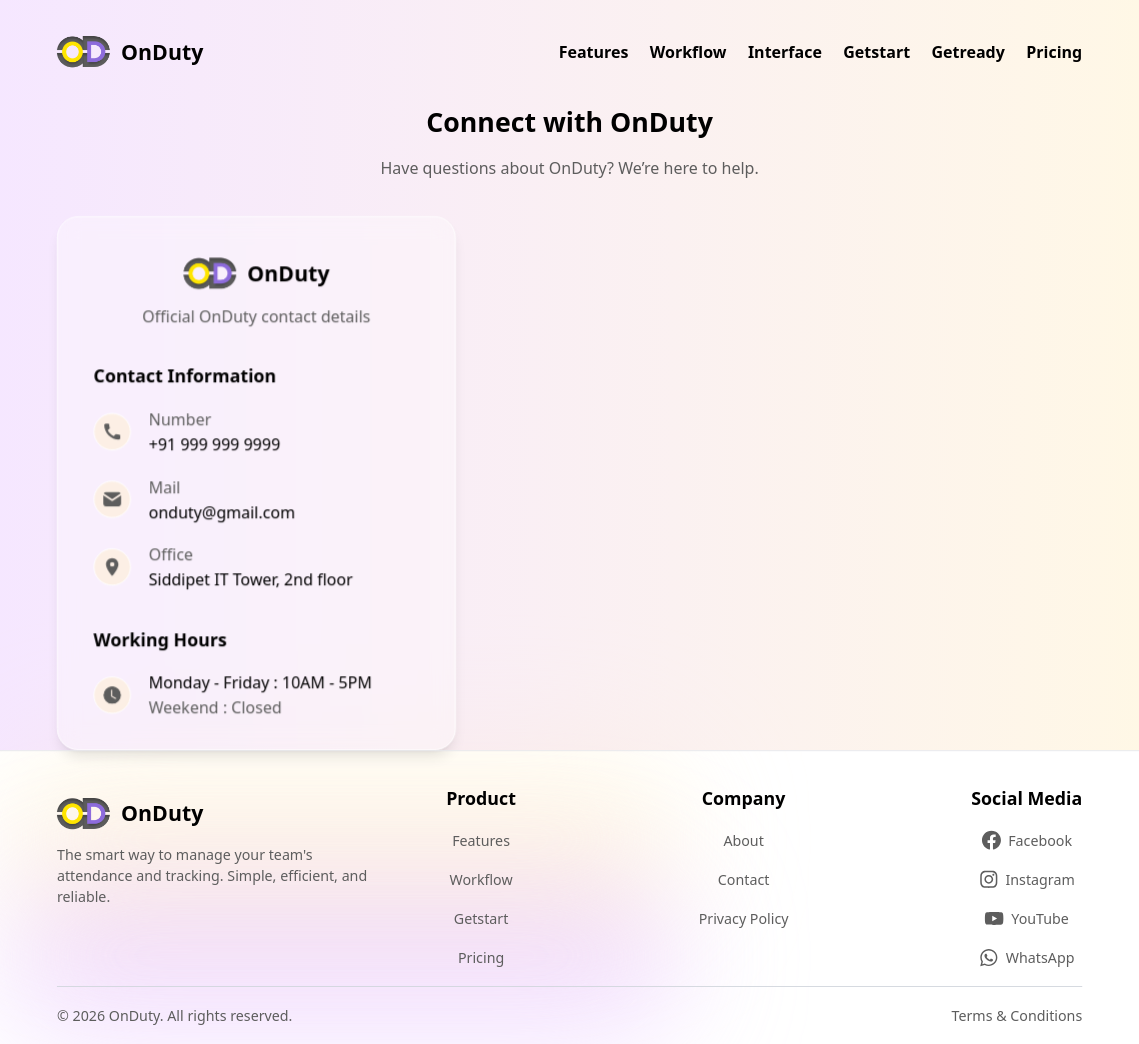
Repository: shekharzorin/ONDUTY-V1
Page: /contact
An editor plug-in stored every save of this project. The page is shown before and after the next save, followed by the edit.
The browser window is 1280 px wide. The pictures show the whole page, at 89% of full size.
The project was rebuilt for these pictures with package versions that can differ from the ones it lists, and the page was loaded fresh each time. The framework's server and built-in components were replaced by stand-ins that run in the browser. Also part of the build but not shown: next.config.mjs, vite.config.js, app/components/ui/Crossicon.tsx.

Above is the page before, as saved 2026-01-17 16:40:20.

### app/layout.tsx
import type { Metadata } from "next";
import { Geist, Geist_Mono } from "next/font/google";
import "./globals.css";
import Navbar from "./components/header/Navbar";

const geistSans = Geist({
  variable: "--font-geist-sans",
  subsets: ["latin"],
});

const geistMono = Geist_Mono({
  variable: "--font-geist-mono",
  subsets: ["latin"],
});

export const metadata: Metadata = {
  title: "Create Next App",
  description: "Generated by create next app",
};

export default function RootLayout({
  children,
}: Readonly<{
  children: React.ReactNode;
}>) {
  return (
    <html lang="en">
      <body
        className={`${geistSans.variable} ${geistMono.variable} antialiased`}
      >
        <Navbar />
        {children}
      </body>
    </html>
  );
}

### app/contact/page.tsx
import Footer from "../components/footer/footer";
import ContactModal from "../components/sections/contact";

const page = () => {
  return (
    <div className="flex flex-col">
      <ContactModal />
      <Footer />
    </div>
  );
};

export default page;

### app/globals.css
@import "tailwindcss";

:root {
  --color-primary: #8d6bdc;
  --color-secondary: #e0d4ff;
  --color-bg: #efefef;
  --color-sidebar: #ffffff;
  --color-gray: #5d5d5d;
}

html {
  scroll-behavior: smooth;
}




.flip-card {
  perspective: 1000px;
}

.flip-card-inner {
  transform-style: preserve-3d;
}

.flip-card-front,
.flip-card-back {
  position: absolute;
  width:auto;
  height:auto;
  backface-visibility: hidden;
}

.flip-card-back {
  transform: rotateY(180deg);
}

### app/components/header/Navbar.tsx
"use client";

import Logo from "@/public/images/od_logo.png";
import Image from "next/image";
import Link from "next/link";
import { usePathname } from "next/navigation";
import { useEffect, useState } from "react";
import { MdMenu } from "react-icons/md";
import { motion, AnimatePresence } from "framer-motion";
import { useRouter } from "next/navigation";
import Crossicon from "../ui/Crossicon";

export const navLinks = [
  { name: "Features", id: "features" },
  { name: "Workflow", id: "workflow" },
  { name: "Interface", id: "interface" },
  { name: "Getstart", id: "getstart" },
  { name: "Getready", id: "getready" },
  { name: "Pricing", path: "/pricing/" },
];

const Navbar = () => {
  const pathname = usePathname();
  const [isScrolled, setIsScrolled] = useState(false);
  const [isNavOpen, setIsNavOpen] = useState(false);
  const router = useRouter();
  const [activeSection, setActiveSection] = useState<string | null>(null);

  const handleScrollNav = (id: string) => {
    setActiveSection(id);
    router.push(`/#${id}`);
  };

  useEffect(() => {
    if (pathname !== "/") {
      setActiveSection(null);
    }
  }, [pathname]);

  useEffect(() => {
    if (pathname !== "/") return;
    const hash = window.location.hash.replace("#", "");
    if (hash) {
      setActiveSection(hash);
    } else {
      setActiveSection("features");
    }
  }, [pathname]);

  useEffect(() => {
    const handleScroll = () => setIsScrolled(window.scrollY > 20);
    window.addEventListener("scroll", handleScroll);
    return () => window.removeEventListener("scroll", handleScroll);
  }, []);

  useEffect(() => {
    if (isNavOpen) {
      document.body.style.overflow = "hidden";
    } else {
      document.body.style.overflow = "";
    }
    return () => {
      document.body.style.overflow = "";
    };
  }, [isNavOpen]);

  useEffect(() => {
    if (pathname !== "/") return;

    const sections = [
      "features",
      "workflow",
      "interface",
      "getready",
      "getstart",
    ];
    let locked = true;

    const unlock = () => (locked = false);
    window.addEventListener("scroll", unlock, { once: true });

    const observer = new IntersectionObserver(
      (entries) => {
        if (locked) return;

        entries.forEach((entry) => {
          if (entry.isIntersecting) {
            const id = entry.target.id;

            // 1️⃣ Update active state
            setActiveSection(id);

            // 2️⃣ Update URL hash WITHOUT navigation
            router.replace(`/#${id}`, { scroll: false });
          }
        });
      },
      {
        rootMargin: "-45% 0px -45% 0px",
        threshold: 0,
      }
    );

    sections.forEach((id) => {
      const el = document.getElementById(id);
      if (el) observer.observe(el);
    });

    return () => observer.disconnect();
  }, [pathname, router]);

  return (
    <header
      className={`fixed top-0 left-0 right-0 z-50 border-b transition-all ${
        isScrolled
          ? "bg-transparent backdrop-blur-md border-white shadow-lg py-0"
          : "bg-transparent border-transparent py-5"
      }`}
    >
      <div className="mx-auto w-full px-4 sm:px-6 md:px-8 lg:px-12 xl:px-16 2xl:px-24 max-w-384 py-2 flex items-center justify-between">
        <div className="flex gap-2 lg:gap-3 items-center">
          <Image
            src={Logo}
            alt="Onduty Logo"
            height={60}
            width={60}
            className="flex h-10 w-10 md:h-12 md:w-12 lg:h-15 lg:w-15"
          />
          <h1 className="text-2xl lg:text-2xl font-bold">OnDuty</h1>
        </div>

        {/* Desktop Navbar */}
        <nav className="hidden lg:flex gap-6">
          {navLinks.map((item) => {
            // SCROLL ITEM
            if (item.id) {
              return (
                <button
                  key={item.id}
                  onClick={() => handleScrollNav(item.id)}
                  className={`relative lg:font-semibold xl:font-bold text-lg transition-colors duration-300
                    after:absolute after:left-0 after:-bottom-1 after:h-1
                    after:rounded-full after:bg-(--color-primary)
                    after:transition-all after:duration-300
                    ${
                      activeSection === item.id && pathname === "/"
                        ? "text-(--color-primary)"
                        : "after:w-0 hover:after:w-full"
                    }
                  `}
                >
                  {item.name}
                </button>
              );
            }

            // ROUTE ITEM
            const isActive = pathname === item.path;

            return (
              <Link
                key={item.path}
                href={item.path!}
                className={`relative lg:font-semibold xl:font-bold text-lg transition-colors duration-300
                  after:absolute after:left-0 after:-bottom-1 after:h-1
                  after:rounded-full after:bg-(--color-primary)
                  after:transition-all after:duration-300
                  ${
                    isActive
                      ? "text-(--color-primary)"
                      : "after:w-0 hover:after:w-full"
                  }
                `}
              >
                {item.name}
              </Link>
            );
          })}
        </nav>

        <div className="lg:hidden gap-3">
          <div
            onClick={() => setIsNavOpen(true)}
            className="flex p-1 lg:hidden bg-(--color-secondary) rounded-full border-white border justify-center items-center"
          >
            <MdMenu size={28} className="opacity-10 animate-pulse" />
          </div>

          <AnimatePresence>
            {isNavOpen && (
              <motion.div
                className="fixed inset-0 backdrop-blur-sm bg-black/30 flex justify-end h-screen"
                initial={{ opacity: 0 }}
                animate={{ opacity: 1 }}
                exit={{ opacity: 1 }}
                transition={{ duration: 0.6 }}
              >
                {/* Drawer */}
                <motion.div
                  className="relative w-[70%] md:w-[60%] bg-(--color-sidebar) h-full flex items-center"
                  initial={{ x: "100%" }}
                  animate={{ x: 0 }}
                  exit={{ x: "100%" }}
                  onClick={(e: any) => e.stopPropagation()}
                  transition={{
                    duration: 0.35,
                    ease: "easeInOut",
                  }}
                >
                  {/* Close button */}
                  <div className="flex absolute top-7.25 right-4 md:right-8 lg:hidden z-20 ">
                    <Crossicon onClick={() => setIsNavOpen(false)} />
                  </div>

                  {/* Mobile Navbar */}
                  <nav className="flex flex-col gap-10 p-10 mt-10 w-full">
                    {navLinks.map((item) => {
                      if (item.id) {
                        return (
                          <button
                            key={item.id}
                            onClick={() => {
                              handleScrollNav(item.id);
                              setIsNavOpen(false);
                            }}
                            className={`py-2 w-full relative text-lg font-semibold md:font-bold text-left transition-colors
                              ${
                                activeSection === item.id && pathname === "/"
                                  ? "text-(--color-primary)"
                                  : "text-black/80 hover:text-(--color-primary)"
                              }
                            `}
                          >
                            {item.name}
                          </button>
                        );
                      }

                      const isActive = pathname === item.path;

                      return (
                        <Link
                          key={item.path}
                          href={item.path!}
                          onClick={() => setIsNavOpen(false)}
                          className={`relative text-lg font-semibold md:font-bold py-2
                            ${isActive ? "text-(--color-primary)" : ""}
                          `}
                        >
                          {item.name}
                        </Link>
                      );
                    })}
                  </nav>
                </motion.div>
              </motion.div>
            )}
          </AnimatePresence>
        </div>
      </div>
    </header>
  );
};

export default Navbar;

### app/components/footer/footer.tsx
import Image from "next/image";
import Logo from "@/public/images/od_logo.png";
import Link from "next/link";
import { FaFacebook, FaInstagram, FaWhatsapp, FaYoutube } from "react-icons/fa";
import { ReactNode } from "react";

type FooterLink = {
  label: string;
  href: string;
  external?: boolean;
  icon?: ReactNode;
};

type FooterSection = {
  title: string;
  links: FooterLink[];
};

const footerLinks: FooterSection[] = [
  {
    title: "Product",
    links: [
      { label: "Features", href: "/#features" },
      { label: "Workflow", href: "/#workflow" },
      { label: "Getstart", href: "/#getstart" },
      { label: "Pricing", href: "/pricing/" },
    ],
  },
  {
    title: "Company",
    links: [
      { label: "About", href: "/about" },
      { label: "Contact", href: "/contact" },
      { label: "Privacy Policy", href: "/privacy&policy" },
    ],
  },
  {
    title: "Social Media",
    links: [
      {
        label: "Facebook",
        href: "https://www.facebook.com",
        external: true,
        icon: <FaFacebook size={22} />,
      },
      {
        label: "Instagram",
        href: "https://www.instagram.com",
        external: true,
        icon: <FaInstagram size={22} />,
      },
      {
        label: "YouTube",
        href: "https://www.youtube.com",
        external: true,
        icon: <FaYoutube size={22} />,
      },
      {
        label: "WhatsApp",
        href: "https://www.whatsapp.com",
        external: true,
        icon: <FaWhatsapp size={22} />,
      },
    ],
  },
];

const Footer = () => {
  return (
    <section
      id="footer"
      className="relative px-4 sm:px-6 md:px-8 lg:px-12 xl:px-16 2xl:px-24 max-w-384 w-full border-t border-gray-200"
    >
      {/* Background flare */}
      <div className="absolute top-0 left-1/2 -translate-x-1/2 w-full h-full max-w-7xl pointer-events-none -z-10">
        <div className="absolute bottom-0 w-[60%] h-[60%] bg-[#eccfff] rounded-full blur-3xl opacity-60 mix-blend-multiply filter" />
        <div className="absolute top-0 w-[60%] h-[60%] bg-[#fff4da] rounded-full blur-3xl opacity-60 mix-blend-multiply filter" />
      </div>

      <div className="flex flex-col pt-3 lg:pt-10 lg:flex-row lg:justify-between gap-5 lg:gap-20">
        <div className="flex flex-col gap-1 w-full lg:w-[50%]">
          <div className="flex gap-2 lg:gap-3 items-center">
            <Image
              src={Logo}
              alt="Onduty Logo"
              height={60}
              width={60}
              className="flex h-10 w-10 md:h-12 md:w-12 lg:h-15 lg:w-15"
            />
            <h1 className="text-2xl lg:text-2xl font-bold">OnDuty</h1>
          </div>
          <p className="text-(--color-gray)">
            The smart way to manage your team's attendance and tracking. Simple,
            efficient, and reliable.
          </p>
        </div>

        <div className="flex flex-wrap text-(--color-gray) justify-between w-full gap-5 lg:px-0 text-center">
          {footerLinks.map((section) => (
            <div key={section.title} className="flex flex-col gap-5">
              <p className="text-black text-lg lg:text-xl font-semibold">
                {section.title}
              </p>

              {section.links.map((link) => (
                <Link
                  key={link.label}
                  href={link.href}
                  target={link.external === true ? "_blank" : undefined}
                  rel={
                    link.external === true ? "noopener noreferrer" : undefined
                  }
                  className="hover:text-(--color-primary) transition"
                >
                  <p className="flex items-center gap-2 justify-center">
                    {link.icon}
                    {link.label}
                  </p>
                </Link>
              ))}
            </div>
          ))}
        </div>
      </div>

      <hr className="text-gray-300 mt-5" />
      <div className="text-(--color-gray) flex flex-col md:flex-row md:justify-between gap-5 my-5">
        <p>© 2026 OnDuty. All rights reserved.</p>
        <Link href="#">
          <p>Terms & Conditions</p>
        </Link>
      </div>
    </section>
  );
};

export default Footer;

### app/components/sections/contact.tsx
"use client";

import { motion } from "framer-motion";
import Image from "next/image";
import { useEffect, useState } from "react";
import { BsClockFill } from "react-icons/bs";
import { MdCall, MdLocationOn } from "react-icons/md";
import { TbMailFilled } from "react-icons/tb";
import Logo from "@/public/images/od_logo.png";

const Contact = () => {
  const [isFlipped, setIsFlipped] = useState(false);
  const [isAnimating, setIsAnimating] = useState(false);

  useEffect(() => {
    const timer = setTimeout(() => {
      setIsFlipped(true);
      setIsAnimating(true);
    }, 1500);

    return () => clearTimeout(timer);
  }, []);

  return (
    <section className="px-4 sm:px-6 md:px-8 lg:px-12 xl:px-16 2xl:px-24 max-w-384 mx-auto w-full items-center justify-center bg-linear-to-r from-[#eccfff]/50 to-[#fff0cd]/50 min-h-screen">
      <div className="flex flex-col mt-30 gap-10 ">
        <div className="flex flex-col items-center justify-centertext-center gap-5">
          <p className="text-2xl lg:text-3xl font-bold leading-[1.15] lg:text-balance justify-center items-center">
            Connect with OnDuty
          </p>
          <p className="md:text-lg text-(--color-gray)">
            Have questions about OnDuty? We’re here to help.
          </p>
        </div>

        <div className="flip-card relative w-full max-w-md h-140 md:h-150 rounded-3xl md:text-lg">
          <motion.div
            className="flip-card-inner relative w-full h-full"
            initial={{ rotateY: 0 }}
            animate={{ rotateY: isFlipped ? 180 : 360 }}
            transition={{ duration: 0.6, ease: "easeInOut" }}
            onAnimationComplete={() => setIsAnimating(false)}
          >
            {/* First card before flip */}
            <div className="flip-card-front absolute inset-0 backdrop-blur-md border border-white bg-white/30 shadow-lg rounded-3xl flex flex-col items-center justify-center">
              <div className="absolute flex h-7 w-[60%] left-0 top-[15%] bg-[#fff0cd]/50 rounded-r-full" />
              <div className="absolute flex h-7 w-[50%] left-0 top-[22%] bg-[#fff0cd]/35 rounded-r-full" />
              <div className="absolute flex h-7 w-[40%] left-0 top-[29%] bg-[#fff0cd]/25 rounded-r-full" />

              <div className="flex flex-col items-center justify-center text-center">
                <Image
                  src={Logo}
                  alt="Onduty Logo"
                  height={80}
                  width={80}
                  className="md:h-25 md:w-25"
                />
                <h1 className="text-3xl font-bold">OnDuty</h1>
              </div>

              <div className="absolute flex h-7 w-[40%] right-0 bottom-[29%] bg-[#eccfff]/25 rounded-l-full" />
              <div className="absolute flex h-7 w-[50%] right-0 bottom-[22%] bg-[#eccfff]/35 rounded-l-full" />
              <div className="absolute flex h-7 w-[60%] right-0 bottom-[15%] bg-[#eccfff]/50 rounded-l-full" />
            </div>

            {/* Second card after flip */}
            <div className="flip-card-back absolute inset-0 backdrop-blur-md border border-white bg-white/30 shadow-lg rounded-3xl p-7 md:p-10 flex flex-col gap-10 justify-center">
              <div className="flex flex-col gap-1 w-full items-center justify-center">
                <div className="flex gap-2 lg:gap-3 items-center">
                  <Image
                    src={Logo}
                    alt="Onduty Logo"
                    height={60}
                    width={60}
                    className="flex h-10 w-10 md:h-12 md:w-12 lg:h-15 lg:w-15"
                  />
                  <h1 className="text-2xl lg:text-2xl font-bold">OnDuty</h1>
                </div>
                <p className="text-(--color-gray) text-center">
                  Official OnDuty contact details
                </p>
              </div>

              <div className="flex flex-col gap-5">
                <p className="font-bold text-xl">Contact Information</p>

                <div className="flex flex-col gap-5 text-(--color-gray)">
                  <div className="flex gap-5 items-center">
                    <MdCall
                      className="p-2 rounded-full bg-[#fff0cd]/50 border border-white"
                      size={42}
                    />
                    <div>
                      <p className="text-(--color-gray)">Number</p>
                      <p className="font-medium text-black">+91 999 999 9999</p>
                    </div>
                  </div>

                  <div className="flex gap-5 items-center">
                    <TbMailFilled
                      className="p-2 rounded-full bg-[#fff0cd]/50 border border-white"
                      size={42}
                    />
                    <div>
                      <p className="text-(--color-gray)">Mail</p>
                      <p className="font-medium text-black">onduty@gmail.com</p>
                    </div>
                  </div>

                  <div className="flex gap-5 items-center">
                    <MdLocationOn
                      className="p-2 rounded-full bg-[#fff0cd]/50 border border-white"
                      size={42}
                    />
                    <div>
                      <p className="text-(--color-gray)">Office</p>
                      <p className="font-medium text-black">
                        Siddipet IT Tower, 2nd floor
                      </p>
                    </div>
                  </div>
                </div>
              </div>

              <div className="flex flex-col gap-5">
                <p className="font-bold text-xl">Working Hours</p>
                <div className="flex gap-5 items-center text-(--color-gray)">
                  <BsClockFill
                    className="p-2.5 rounded-full bg-[#fff0cd]/50 border border-white"
                    size={42}
                  />
                  <div>
                    <p className="font-medium text-black">
                      Monday - Friday : 10AM - 5PM
                    </p>
                    <p className="text-(--color-gray)">Weekend : Closed</p>
                  </div>
                </div>
              </div>
            </div>
          </motion.div>
        </div>
      </div>
    </section>
  );
};

export default Contact;

After the next save:
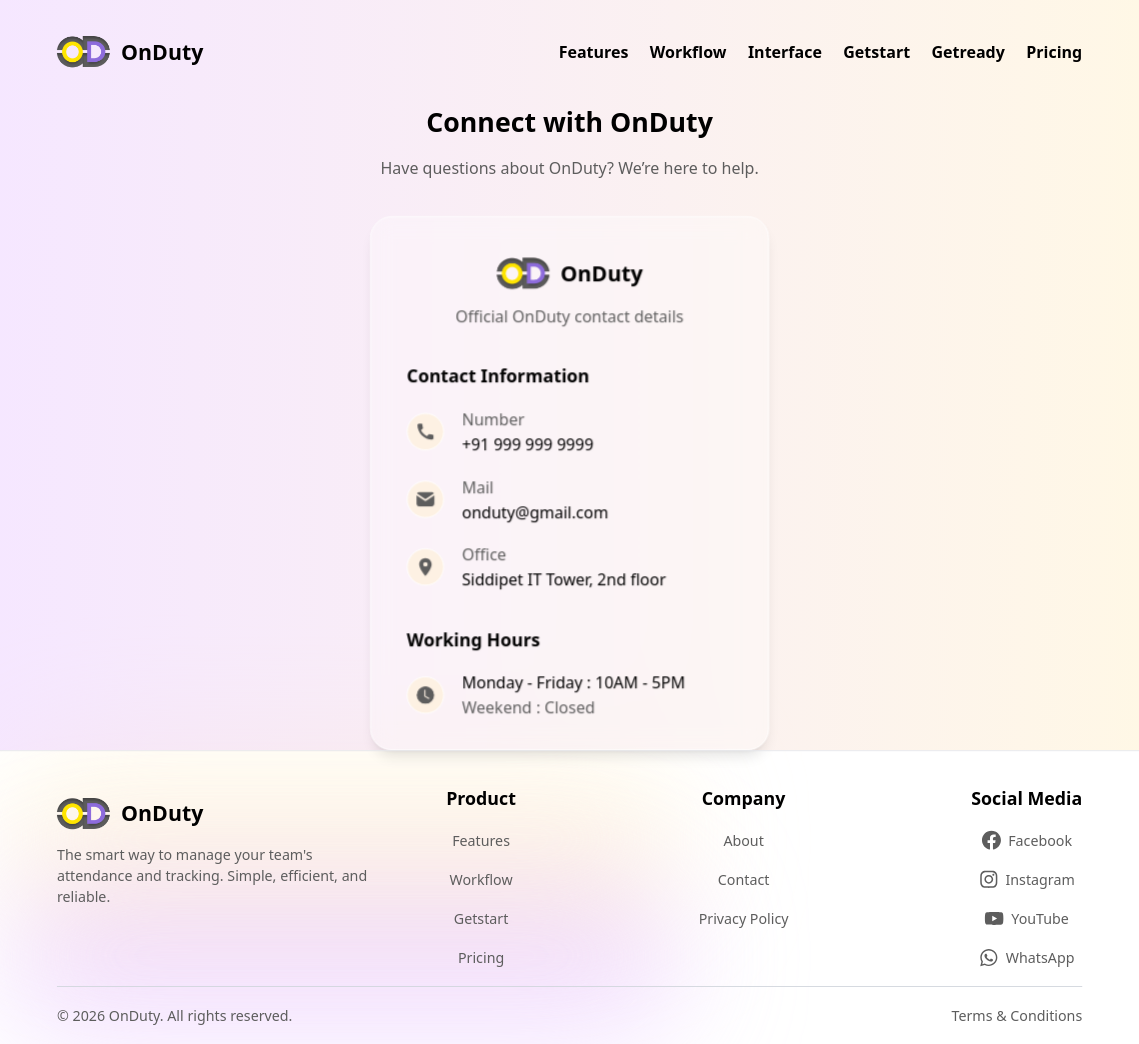
Saved 37 s later.
--- a/app/components/sections/contact.tsx
+++ b/app/components/sections/contact.tsx
@@ -22,8 +22,8 @@ const Contact = () => {
   }, []);
 
   return (
-    <section className="px-4 sm:px-6 md:px-8 lg:px-12 xl:px-16 2xl:px-24 max-w-384 mx-auto w-full items-center justify-center bg-linear-to-r from-[#eccfff]/50 to-[#fff0cd]/50 min-h-screen">
-      <div className="flex flex-col mt-30 gap-10 ">
+    <section className="px-4 sm:px-6 md:px-8 lg:px-12 xl:px-16 2xl:px-24 max-w-384 mx-auto w-full bg-linear-to-r from-[#eccfff]/50 to-[#fff0cd]/50 min-h-screen">
+      <div className="flex flex-col items-center justify-center mt-30 gap-10 ">
         <div className="flex flex-col items-center justify-centertext-center gap-5">
           <p className="text-2xl lg:text-3xl font-bold leading-[1.15] lg:text-balance justify-center items-center">
             Connect with OnDuty
